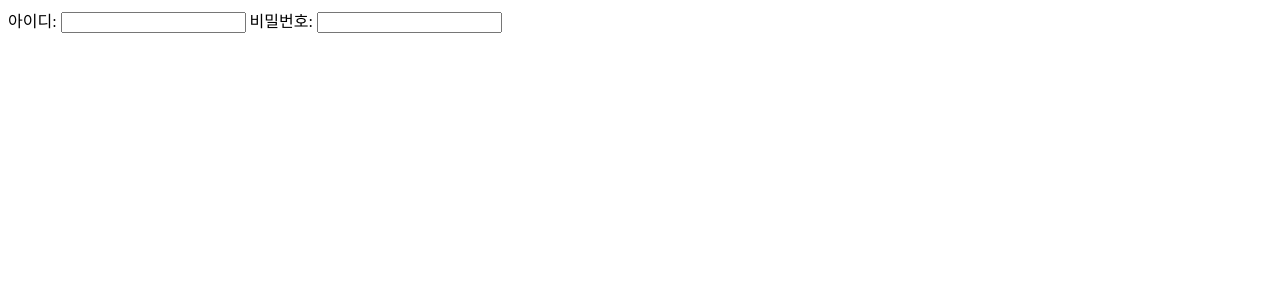
Repository: JuHyeon-S/21-1-Web-Back-end_Programming
Page: week09/week09_work01_20185135/src/main/webapp/week09_work01_20185135.html
These files come from the project's save history. The page is drawn as it stood at one moment and after the next save; the edit follows.
The browser window is 1280 px wide. The pictures show the whole page.

Above is the page before, as saved 2021-04-27 02:18:28.

After the next save:
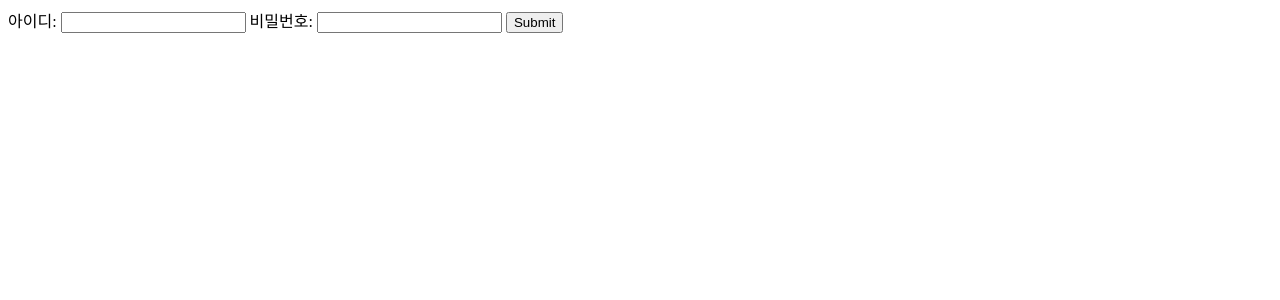
Saved 82 s later.
--- a/week09/week09_work01_20185135/src/main/webapp/week09_work01_20185135.html
+++ b/week09/week09_work01_20185135/src/main/webapp/week09_work01_20185135.html
@@ -5,8 +5,11 @@
 <title>Insert title here</title>
 </head>
 <body>
-	아이디: <input type="text" name="id">
-	비밀번호: <input type="text" name="pw">
+	<form action="week09_work01_20185135.jsp">
+		아이디: <input type="text" name="id">
+		비밀번호: <input type="text" name="pw">
+		<input type="submit">
+	</form>
 
 </body>
 </html>
